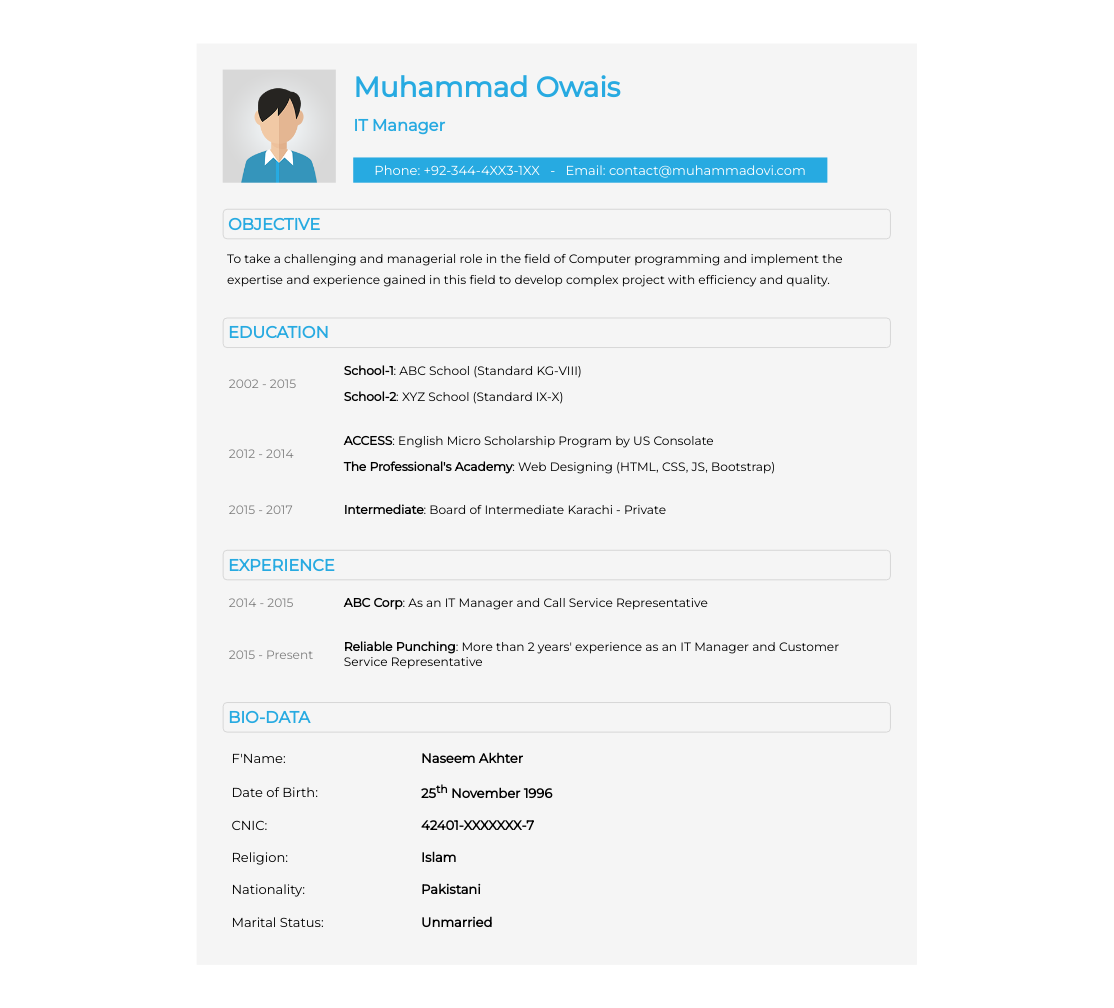
Repository: voductien94798/cv_project
Page: http://localhost/
The author's editor kept a copy of each file at every save. The page is drawn from the files as they stood at one save, then again after the next save.
The browser window is 1280 px wide. The pictures show the whole page, at 87% of full size.
The page is served by the project's Node server (app.js).

Above is the page before, as saved 2023-03-10 15:36:57.

After the next save:
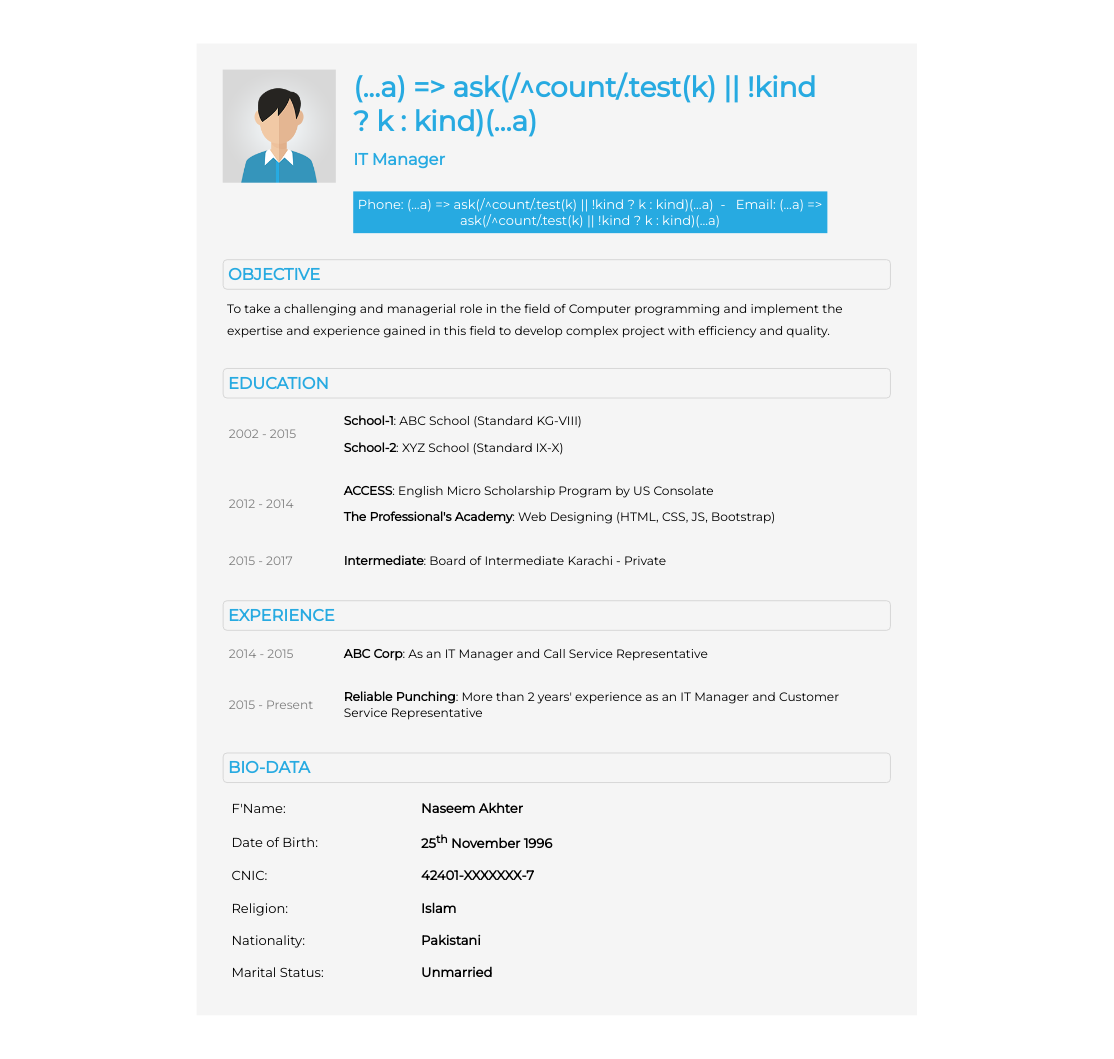
Saved 5 min 16 s later.
--- a/views/index.ejs
+++ b/views/index.ejs
@@ -14,12 +14,11 @@
       <div class="photo-and-name">
         <img src="./images/profile.png" class="photo" alt="Profile Picture" />
         <div class="contact-info-box">
-          <h1 class="name">Muhammad Owais</h1>
+          <h1 class="name"><%= user.name %></h1>
           <br />
           <h3 class="job-title">IT Manager</h3>
           <p class="contact-details">
-            Phone: +92-344-4XX3-1XX &nbsp; - &nbsp; Email:
-            contact@muhammadovi.com
+            Phone: <%= user.phone %>&nbsp; - &nbsp; Email: <%= user.email %>
           </p>
         </div>
       </div>
